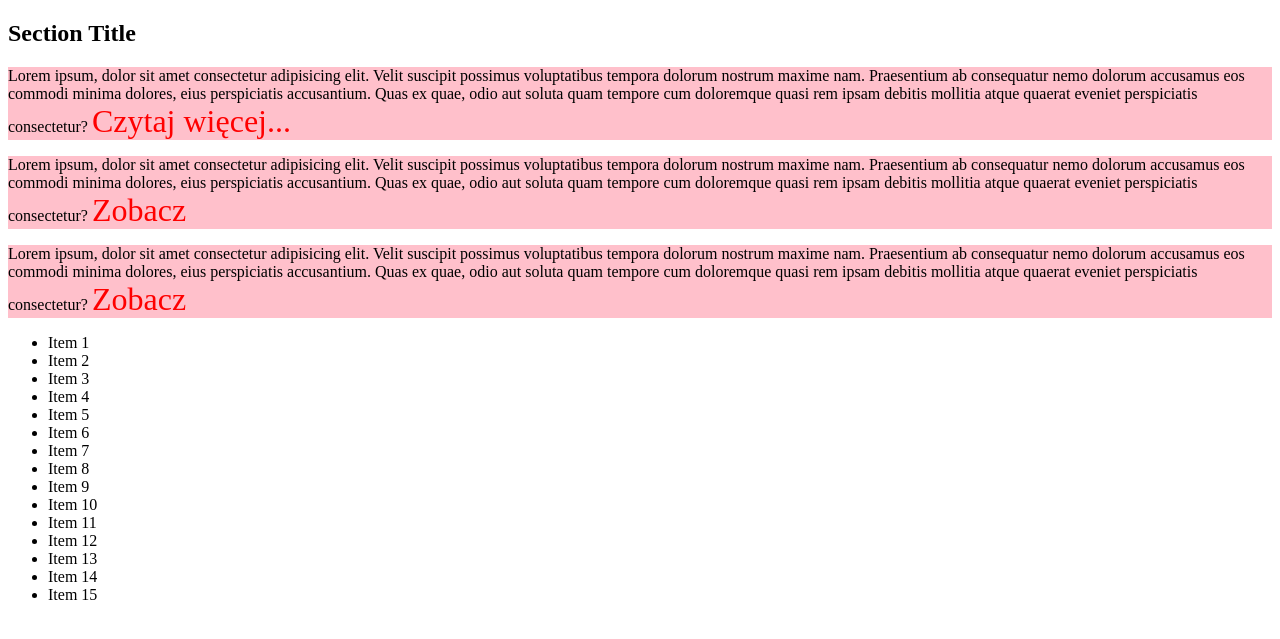
Repository: magdaf41/jQuery
Page: zadanie 3/index.html
The author's editor kept a copy of each file at every save. The page is drawn from the files as they stood at one save, then again after the next save.
The browser window is 1280 px wide. The pictures show the whole page.

Above is the page before, as saved 2020-09-08 21:48:07.

After the next save:
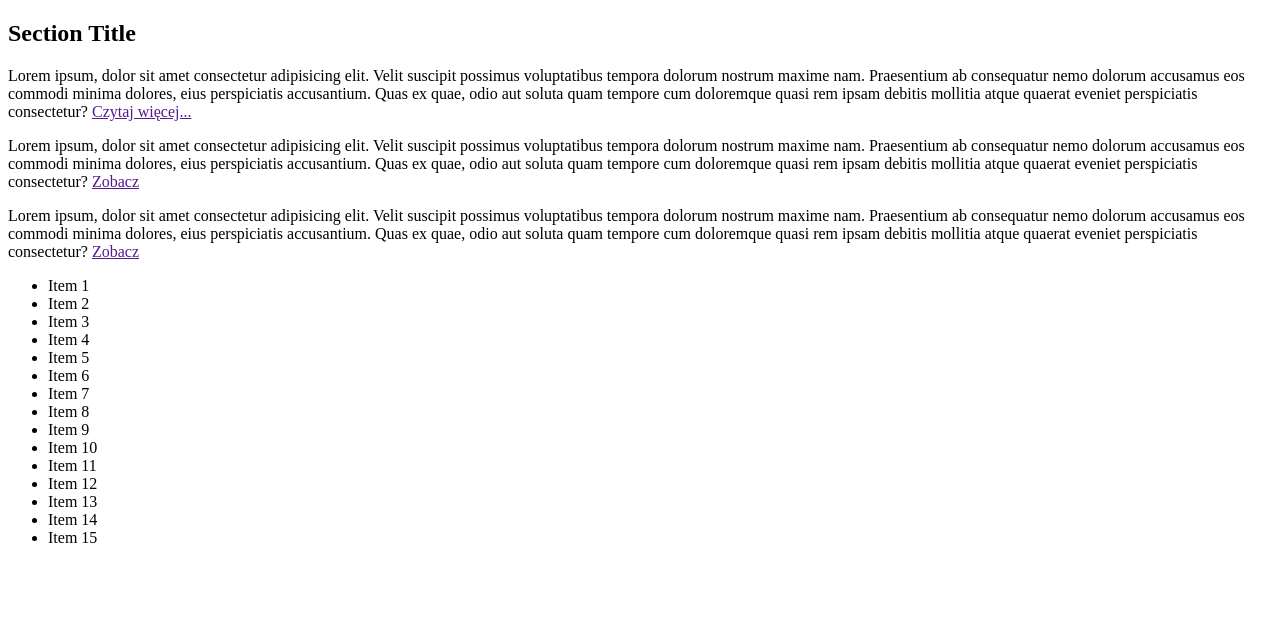
Saved 3 min 31 s later.
--- a/zadanie 3/js/main.js
+++ b/zadanie 3/js/main.js
@@ -1,10 +1,5 @@
 $(document).ready(function () {
 
-   $('p').css('background-color', 'pink');
-
-   $('a').css({
-       "text-decoration" : 'none',
-       "color": 'red',
-        "fontSize": '2em'
-   });
+   const headingText = $('h2').text();
+   console.log(headingText);
 });
